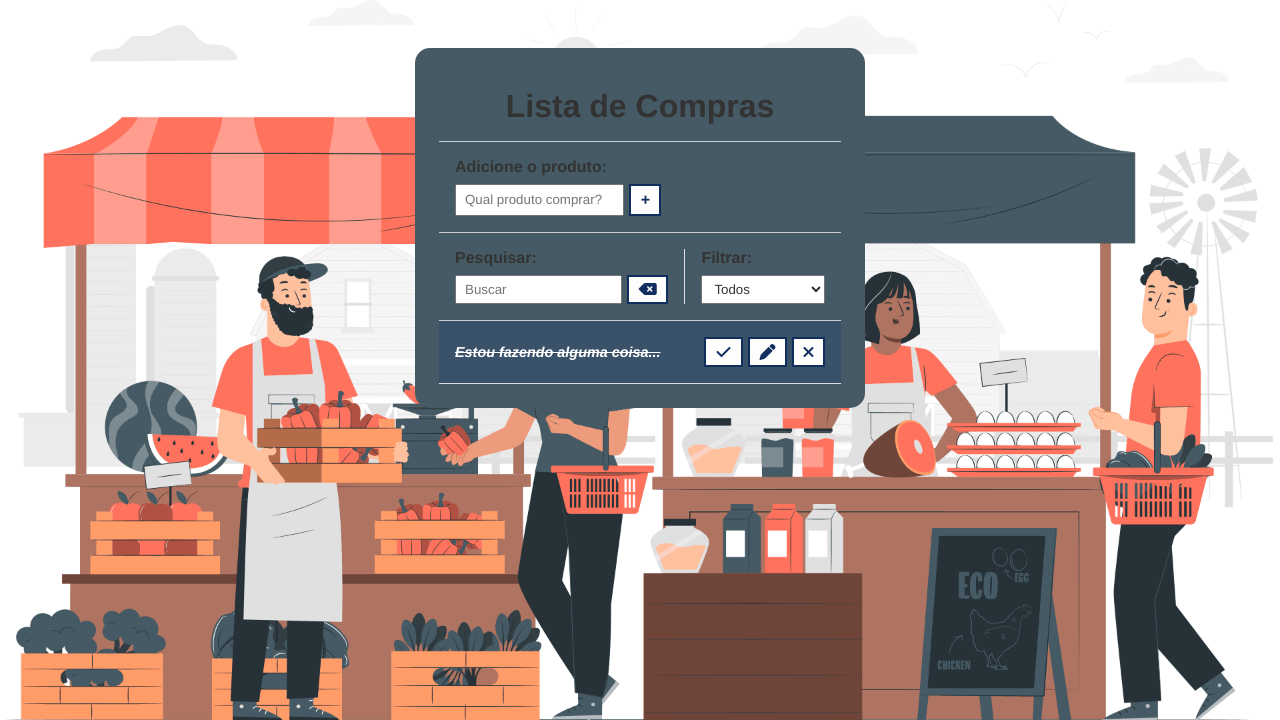
Repository: Dkrvalho/mercado
Page: index.html
An editor plug-in stored every save of this project. The page is shown before and after the next save, followed by the edit.
The browser window is 1280 px wide. The pictures show the whole page.

Above is the page before, as saved 2023-01-09 14:58:35.

### index.html
<!DOCTYPE html>
<html lang="en">
<head>
    <meta charset="UTF-8">
    <meta http-equiv="X-UA-Compatible" content="IE=edge">
    <meta name="viewport" content="width=device-width, initial-scale=1.0">
    <!-- CSS -->
    <link rel="stylesheet" href="css/style.css">
    <!-- Font Awesome -->
    <link rel="stylesheet" href="https://cdnjs.cloudflare.com/ajax/libs/font-awesome/6.2.1/css/all.min.css" integrity="sha512-MV7K8+y+gLIBoVD59lQIYicR65iaqukzvf/nwasF0nqhPay5w/9lJmVM2hMDcnK1OnMGCdVK+iQrJ7lzPJQd1w==" crossorigin="anonymous" referrerpolicy="no-referrer" />
    <!-- JS -->
    <script src="js/script.js" defer></script>
    <!-- defer faz com que o js seja carregado após o html -->
    <title>Lista de Compras</title>
</head>
<body>
    <main class="container">
        <header>
            <h1>Lista de Compras</h1>
        </header>
        <form id="todo-form">
            <p>Adicione o produto:</p>
            <div class="form-control">
                <input type="text" id="todo-input" placeholder="Qual produto comprar?">
                <button type="submit">
                    <i class="fa-thin fa-plus"></i>
                </button>
            </div>
        </form>
        <form id="edit-form" class="hide">
            <p>Edite o produto</p>
            <div id="form-control">
                <input type="text" id="edit-input">
                <button type="submit">
                    <i class="fa-solid fa-check-double"></i>
                </button>
            </div>
            <button id="cancel-edit-btn">Cancelar</button>
        </form>
        <div id="toolbar">
            <div id="search">
                <h4>Pesquisar:</h4>
                <form>
                    <input type="text" id="search-input" placeholder="Buscar">
                    <button id="erase-btn">
                        <i class="fa-solid fa-delete-left"></i>
                    </button>
                </form>
            </div>
            <div id="filter">
                <h4>Filtrar:</h4>
                <select id="filter-select">
                    <option value="all">Todos</option>
                    <option value="done">Comprados</option>
                    <option value="todo">A comprar</option>
                </select>
            </div>
        </div>
        <div id="todo-list">
            <div class="todo done">
                <h3>Estou fazendo alguma coisa...</h3>
                <button class="finish-todo">
                    <i class="fa-solid fa-check"></i>
                </button>
                <button class="edit-todo">
                    <i class="fa-solid fa-pen"></i>
                </button>
                <button class="remove-todo">
                    <i class="fa-solid fa-xmark"></i>
                </button>
            </div>
        </div>
    </main>
</body>
</html>

### css/style.css
/* Geral */
* {
    padding: 0;
    margin: 0;
    font-family: Helvetica, sans-serif, Arial;
    color: #333;
    box-sizing: border-box;
}

html {
    background: url(../img/fundo.png) no-repeat center center fixed;
    -webkit-background-size: cover;
    -moz-background-size: cover;
    -o-background-size: cover;
    background-size: cover;
  }

button {
    background-color: #fdfdfd;
    color: #102f5e;
    border: 2px solid #102f5e;
    padding: .3rem .6rem;
    font-size: 1rem;
    cursor: pointer;
    display: flex;
    justify-content: center;
    align-items: center;
    transition: .4s;
}

button:hover {
    background-color: #102f5e;
    color: #fdfdfd;
}

button:hover > i {
    color: #fdfdfd;
}

button i {
    color: #102f5e;
    font-weight: bold;
    pointer-events: none;
}

input, select {
    padding: .25rem .5rem;
}

.hide {
    display: none;
}

/* To Do Header */
.container {
    max-width: 450px;
    margin: 3rem auto;
    background-color: #455a64;
    padding: 1.5rem;
    border-radius: 15px;
}

.container header {
    text-align: center;
    padding: 1rem 1rem;
    border-bottom: 1px solid #ccc;
}

/* Form */
#todo-form, #edit-form {
    padding: 1rem;
    border-bottom: 1px solid #ccc;
}

#todo-form p, #edit-form p {
    margin-bottom: .5rem;
    font-weight: bold;
}

.form-control {
    display: flex;
}

.form-control input {
    margin-right: .3rem;
}

#cancel-edit-btn {
    margin-top: 1rem;
}

/* To Do toolbar */
#toolbar {
    padding: 1rem;
    border-bottom: 1px solid #ccc;
    display: flex;
}

#toolbar h4 {
    margin-bottom: .5rem;
}

#search {
    border-right: 1px solid #ddd;
    padding-right: 1rem;
    margin-right: 1rem;
    width: 65%;
    display: flex;
    flex-direction: column;
}

#search form {
    display: flex;
}

#search input {
    width: 100%;
    margin-right: .3rem;
}

#filter {
    width: 35%;
    display: flex;
    flex-direction: column;
}

#filter select {
    flex: 1;
}

/* To Do List */

.todo {
    display: flex;
    justify-content: space-around;
    align-items: center;
    padding: 1rem;
    border-bottom: 1px solid #ddd;
    transition: .4s;
}

.todo h3 {
    flex: 1;
    font-size: .9rem;
}

.todo button {
    margin-left: .3rem;
}

.done {
    background-color: #395169;
}

.done h3 {
    color: #fff;
    text-decoration: line-through;
    font-style: italic;
}

Loaded but not shown: js/script.js (no copy from this time; the picture is the same without it)

After the next save:
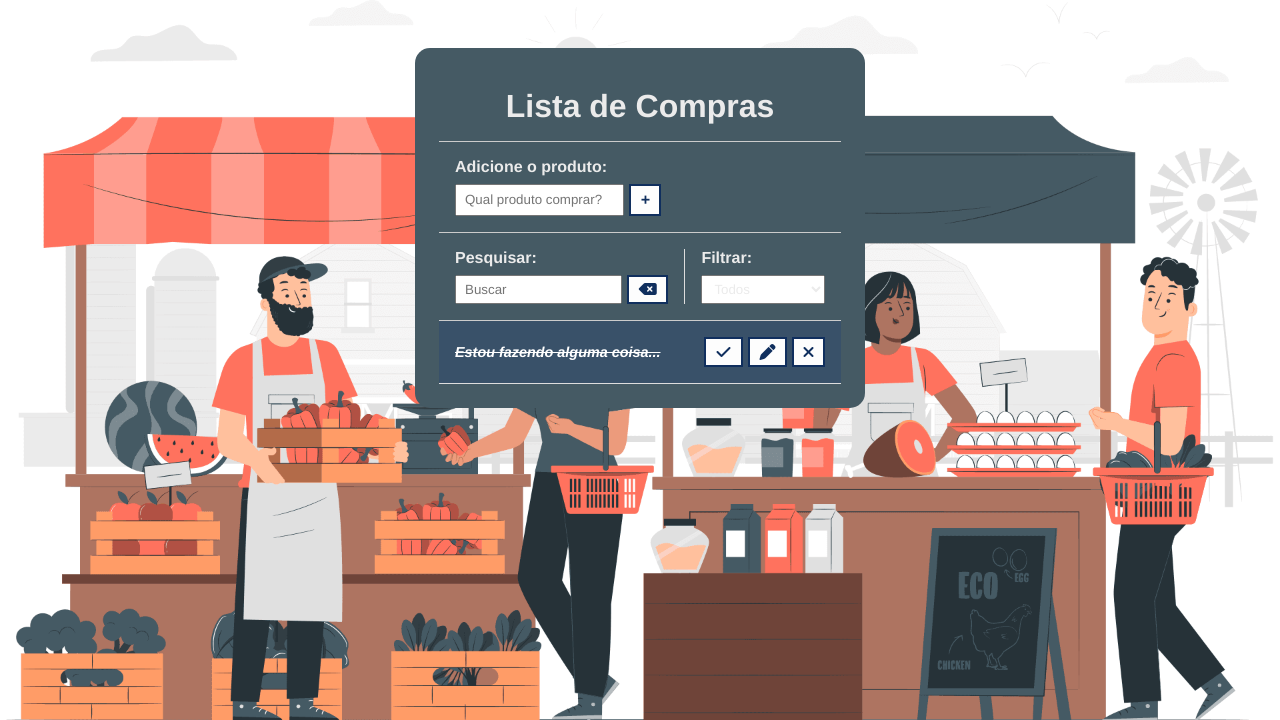
Saved 97 s later.
--- a/css/style.css
+++ b/css/style.css
@@ -3,7 +3,7 @@
     padding: 0;
     margin: 0;
     font-family: Helvetica, sans-serif, Arial;
-    color: #333;
+    color: #ebebeb;
     box-sizing: border-box;
 }
 
